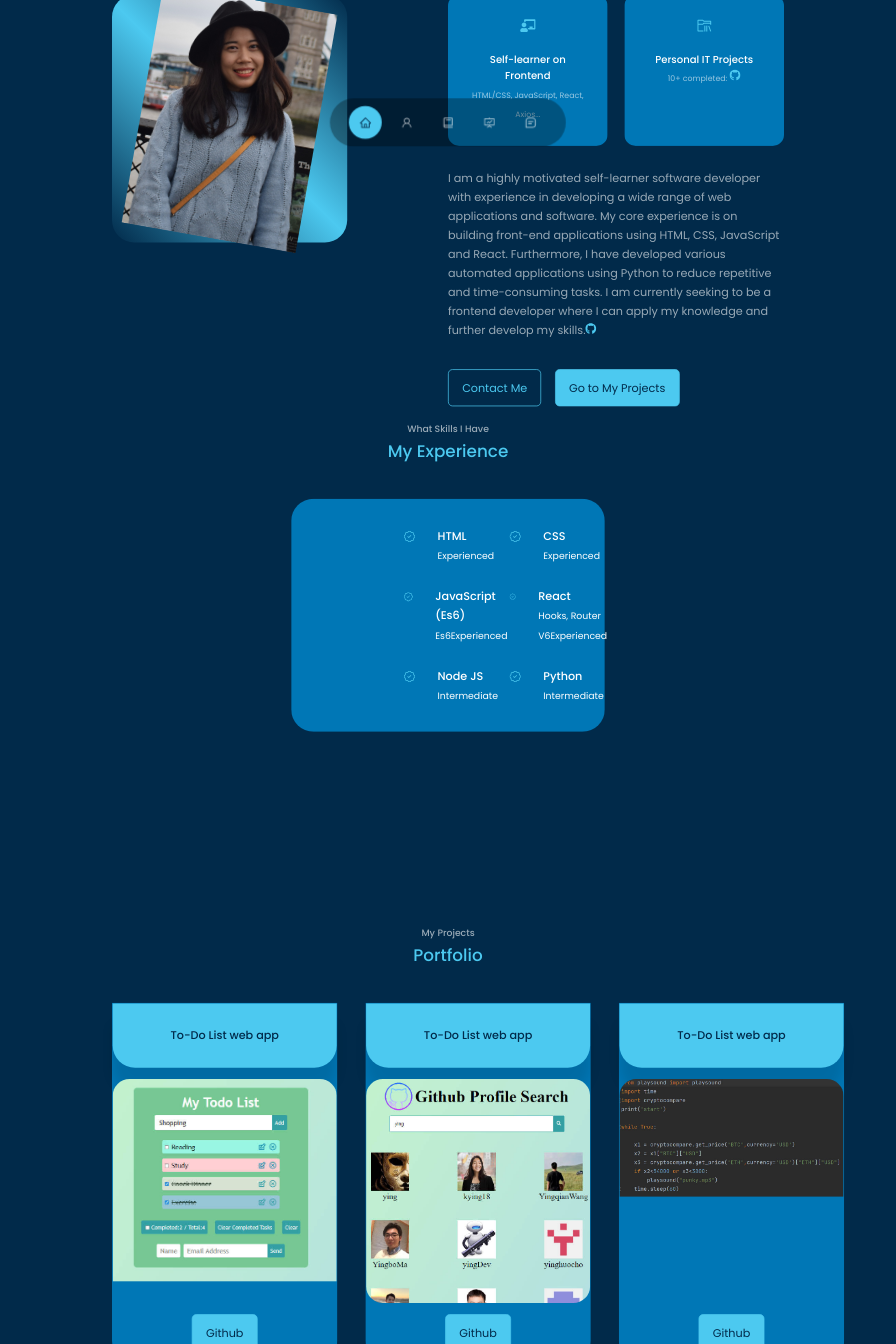
Repository: yingluo1020/react-portfolio-website
Page: /
An editor plug-in stored every save of this project. The page is shown before and after the next save, followed by the edit.
The browser window is 1280 px wide. The pictures show the part of the page from y = 479 to 2399 px (the page is 3663 px tall), at 70% of full size.
The project was rebuilt for these pictures with package versions that can differ from the ones it lists, and the page was loaded fresh each time. Imported but missing from the stored project, and not drawn on this page: src/assets/cv1.pdf.

Above is the page before, as saved 2022-03-16 09:53:18.

After the next save:
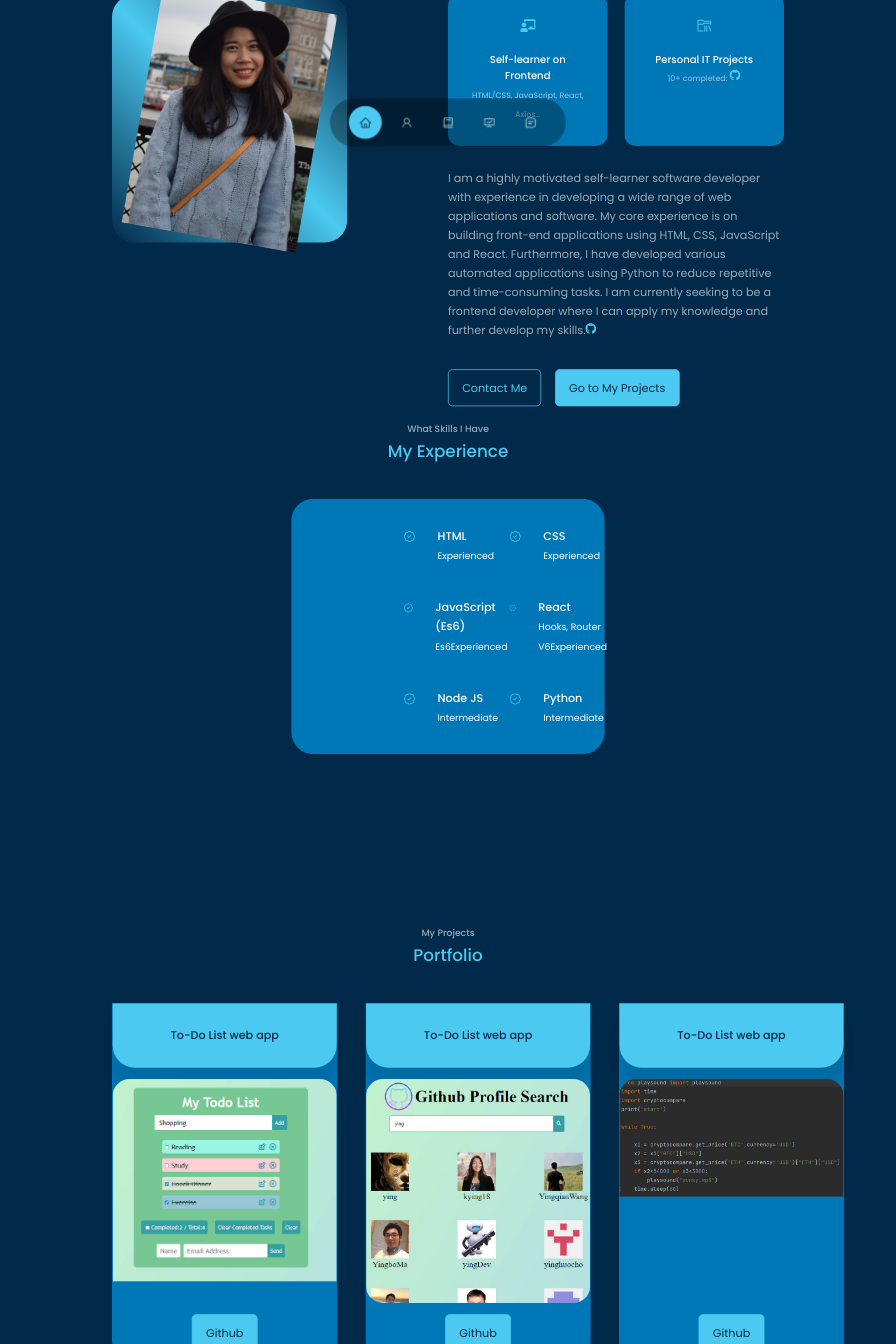
Saved 11 s later.
--- a/src/components/experience/experience.css
+++ b/src/components/experience/experience.css
@@ -20,7 +20,7 @@
 .experience_content {
     display: grid;
     grid-template-columns: 1fr 1fr;
-    row-gap: 2rem;
+    row-gap: 3rem;
 }
 
 .experience_details {
